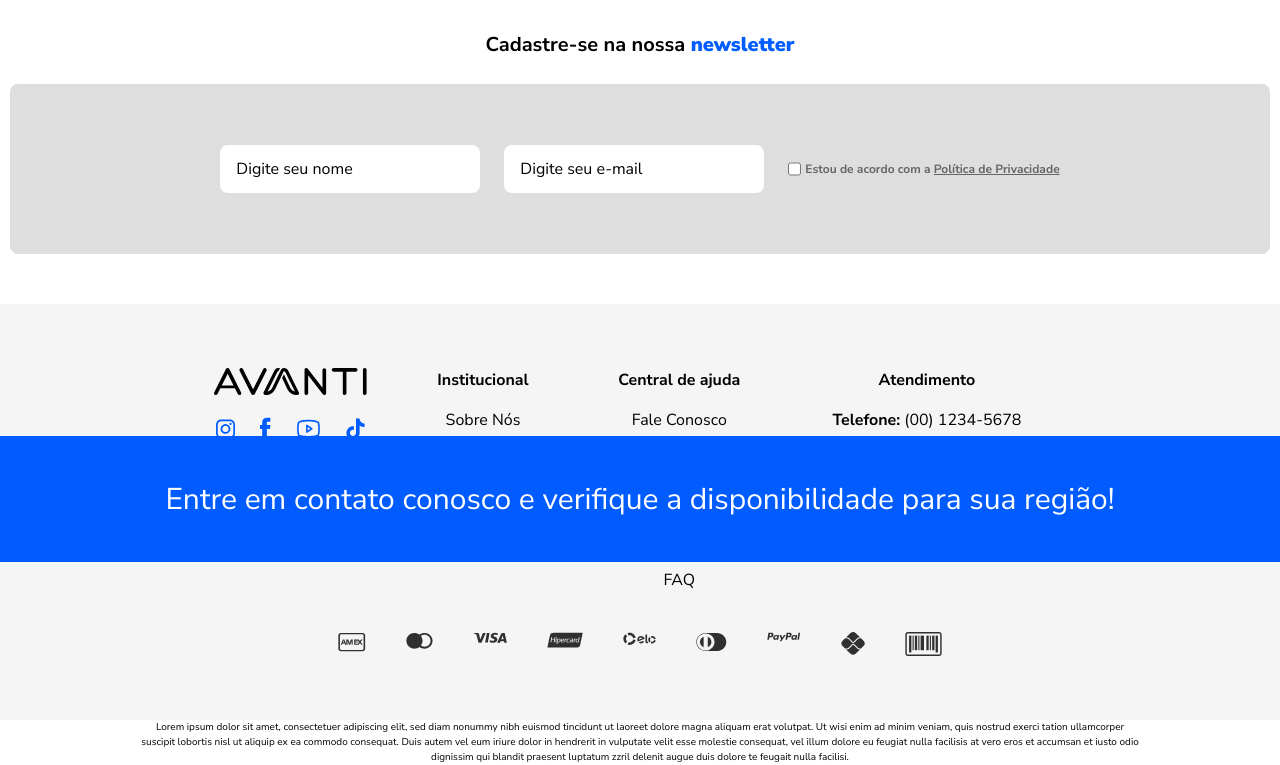
Repository: chidekina/avanti-01
Page: index.html
An editor plug-in stored every save of this project. The page is shown before and after the next save, followed by the edit.
The browser window is 1280 px wide. The pictures show the part of the page from y = 3238 to 4012 px (the page is 4003 px tall before and 4012 px after).
A picture or video elsewhere on the page could not be fetched, so the positions and the page height are approximate.

Above is the page before, as saved 2025-04-09 17:11:55.

### index.html
<!DOCTYPE html>
<html lang="en">
  <head>
    <meta charset="UTF-8" />
    <meta name="viewport" content="width=device-width, initial-scale=1.0" />
    <script src="https://cdn.jsdelivr.net/npm/@tailwindcss/browser@4"></script>
    <link rel="preconnect" href="https://fonts.googleapis.com" />
    <link rel="preconnect" href="https://fonts.gstatic.com" crossorigin />
    <link href="https://fonts.googleapis.com/css2?family=Nunito+Sans:ital,opsz,wght@0,6..12,200..1000;1,6..12,200..1000&family=Nunito:ital,wght@0,200..1000;1,200..1000&display=swap" rel="stylesheet" />
    <link rel="stylesheet" href="style.css" />
    <link rel="stylesheet" href="https://cdn.jsdelivr.net/npm/swiper/swiper-bundle.min.css">

    <title>Avanti</title>
  </head>
  <body>
    <header class="mb-2">
      <h1 class="flex justify-center items-center bg-(--primary-color) text-white text-sm h-[30px] font-bold">
        Ganhe
        <b class="flex justify-center mx-1 bg-(--secondary-color) heigth-[16px] w-[64px] rounded-md">R$10,00</b>
        de desconto no seu primeiro pedido. Utilize o cupom
        <i class="font-normal ml-1">DESCONTO10</i>
      </h1>
      <div class="mt-3 mb-5 px-24 flex justify-between w-full">
        <div class="flex gap-24">
          <img src="./assets/logo.svg" alt="Avanti Logo" class="w-[152px]" />
          <label>
            <div class="flex justify-between py-2 border-2 border-solid border-(--bg-color) px-8 rounded-xl cursor-text w-[594px]">
              <input type="text" placeholder="Digite aqui o que você procura" class="placeholder-black outline-none focus:placeholder-transparent w-1/2" />
              <img src="./assets/search.svg" />
            </div>
          </label>
        </div>
        <div class="flex gap-4">
          <div class="flex gap-2 items-center">
            <img src="./assets/user.svg" alt="icone do usuario" class="w-[24px]" />
            <h6 class="leading-none font-semibold">
              Olá,<br />
              Nome cliente
            </h6>
          </div>
          <div class="flex">
            <img src="./assets/cart.svg" alt="imagem de um carrinho de compras" class="w-[32px]" />
            <div class="relative bg-(--primary-color) w-[20px] h-[20px] text-center text-white text-[12px] rounded-full right-2">2</div>
          </div>
        </div>
      </div>
      <div class="flex px-24 w-full">
        <ul class="flex gap-9">
          <a href="#">
            <div class="flex gap-2">
              <img src="./assets/menu-hamburger.svg" alt="menu hamburguer" />
              <h5 class="font-bold">Todas as Categrias</h5>
            </div>
          </a>
          <a href="#"> Departamento </a>
          <a href="#"> Departamento </a>
          <a href="#"> Departamento </a>
          <a href="#"> Departamento </a>
          <a href="#"> Departamento </a>
          <a href="#"> Departamento </a>
          <a href="#"> Departamento </a>
        </ul>
      </div>
    </header>
    <main>
      <section class="flex justify-center items-center w-full height-[510px] bg-(--bg-color) font-(--font-secondary)">
        <img src="./assets/chair.svg" alt="Foto de uma cadeira com roupas dobradas em cima" />
        <div class="flex flex-col gap-1 text-center">
          <h1 class="text-[100px]"><b>SUPER</b>SALE</h1>
          <h4 class="text-[25px] text-(--primary-color) font-bold tracking-widest">ITENS SELECIONADOS COM ATÉ</h4>
          <h4 class="text-[60px] text-(--primary-color) font-bold">50%OFF</h4>
        </div>
      </section>
<carousel-section></carousel-section>
      </section>
  <description-section></description-section>
  <section class="flex w-full bg-(--bg-light) px-[200px] py-[42px] font-(--font-secondary) my-[40px]">
    <div class="text-center text-(--text-color) w-1/2 mr-5">
      <h1 class="text-[30px] font-bold mb-10">
        Lorem ipsum
      </h1>
      <ul class="flex flex-col text-start gap-15">
        <li class="flex gap-6">
          <img src="./assets/pin.svg">
          <p>
            Aenean massa. Cum sociis natoque penatibus et magnis dis parturient montes, nascetur ridiculus mus. Donec quam felis, ultricies nec, pellentesque eu, pretium quis, sem.
          </p>
        </li>
        <li class="flex gap-6">
          <img src="./assets/pin.svg">
          <p>
            Aenean massa. Cum sociis natoque penatibus et magnis dis parturient montes, nascetur ridiculus mus. Donec quam felis, ultricies nec, pellentesque eu, pretium quis, sem.
          </p>
        </li>
        <li class="flex gap-6">
          <img src="./assets/pin.svg">
          <p>
            Aenean massa. Cum sociis natoque penatibus et magnis dis parturient montes, nascetur ridiculus mus. Donec quam felis, ultricies nec, pellentesque eu, pretium quis, sem.
          </p>
        </li>
      </ul>
    </div>
    <img src="./assets/banner.svg" alt="Foto da caneca da Avanti sobre uma tabua de vegetais" class="w-1/2">
  </section>
  <section>
  <description-section></description-section>
  <carousel-section></carousel-section>

  </section>
  <section>
    <img src="./assets/banner2.svg" alt="Foto da entrada da loja da Avanti" />
    <div class="absolute h-[126px] bg-(--primary-color) w-full bottom-[-3080px] text-white text-[30px] font-(--font-secondary)">
      <h1 class="flex justify-center h-full items-center">Entre em contato conosco e verifique a disponibilidade para sua região!</h1>
    </div>
  </section>
  <section class="flex flex-col my-[50px] gap-6 items-center">
    <h2 class="font-bold text-center text-[20px]">
      Cadastre-se na nossa <b class="text-(--primary-color)">newsletter</b>
    </h2>
    <div class="flex w-[1260px] h-[170px] items-center justify-center bg-(--bg-light) rounded-lg gap-6">
      <input type="text" placeholder="Digite seu nome" class="outline-none rounded-lg bg-white placeholder:text-black w-[260px] h-[48px] focus:placeholder-transparent pl-4"/>
      <input type="text" placeholder="Digite seu e-mail" class="outline-none rounded-lg bg-white placeholder:text-black w-[260px] h-[48px] focus:placeholder-transparent pl-4"/>
      <div class="flex gap-1">
      <input type="checkbox" />
      <h5 class="text-[#656565] text-[12px] font-bold">Estou de acordo com a <a href="#" class="underline">Política de Privacidade</a></h5>
    </div>
    </div>
  </section>
  <section class="text-center px-[200px] py-[64px] bg-(--bg-lighter)">
    <div class="flex justify-around mb-10">
    <div class="flex flex-col gap-5">
      <img src="./assets/logo.svg" alt="Logo Avanti" />
      <ul class="flex gap-5 justify-around items-center">
        <li>
          <a href="#">
            <img src="./assets/social-links/instagram.svg" alt="Logo do instagram" />
          </a>
        </li>
        <li>
          <a href="#">
            <img src="./assets/social-links/facebook.svg" alt="Logo do instagram" />
          </a>
        </li>
        <li>
          <a href="#">
            <img src="./assets/social-links/youtube.svg" alt="Logo do instagram" />
          </a>
        </li>
        <li>
          <a href="#">
            <img src="./assets/social-links/tiktok.svg" alt="Logo do instagram" />
          </a>
        </li>
      </ul>
    </div>
    <ul class="flex flex-col gap-4">
      <li class="font-bold">
        <a href="">
          Institucional
        </a>
      </li>
      <li>
        <a href="">
          Sobre Nós
        </a>
      </li>
      <li>
        <a href="">
          Nossas lojas
        </a>
      </li>
      <li>
        <a href="">
          Privacidade e Segurança
        </a>
      </li>
      <li>
        <a href="">
          Termos e condições
        </a>
      </li>
    </ul>
    <ul class="flex flex-col gap-4">
      <li class="font-bold">
        <a href="">
          Central de ajuda
        </a>
      </li>
      <li>
        <a href="">
          Fale Conosco
        </a>
      </li>
      <li>
        <a href="">
          Frete e Entrega
        </a>
      </li>
      <li>
        <a href="">
          Trocas e Devoluções
        </a>
      </li>
      <li>
        <a href="">
          Formas de Pagamento
        </a>
      </li>
      <li>
        <a href="">
          FAQ
        </a>
      </li>
    </ul>
    <ul class="flex flex-col gap-4">
      <li class="font-bold">
          Atendimento
      </li>
      <li>
         <b>Telefone:</b> (00) 1234-5678
      </li>
      <li>
        <b>E-mail:</b> exemplo@exemplo.com.br
      </li>
      <li>
        <b>Horário de atendimento:</b><br>
          Segunda a Sábado: 07h00 às 23h00<br>
          Domingos e Feriados:  07h00 às 21h00
      </li>
    </ul>
  </div>
<div>
<ul class="flex gap-10 justify-center">
  <li>
    <img src="./assets/payments/amex.svg" alt="Logo Amex" />
  </li>
  <li>
    <img src="./assets/payments/mastercard.svg" alt="Logo Mastercard" />
  </li>
  <li>
    <img src="./assets/payments/visa.svg" alt="Logo Visa" />
  </li>
  <li>
    <img src="./assets/payments/hipercard.svg" alt="Logo Hipercard" />
  </li>
  <li>
    <img src="./assets/payments/elo.svg" alt="Logo Elo" />
  </li>
  <li>
    <img src="./assets/payments/dinners.svg" alt="Logo Dinners" />
  </li>
  <li>
    <img src="./assets/payments/paypal.svg" alt="Logo Paypal" />
  </li>
  <li>
    <img src="./assets/payments/pix.svg" alt="Logo Pix" />
  </li>
  <li>
    <img src="./assets/payments/boleto.svg" alt="Logo Boleto" />
  </li>
</ul>
</div>
  </section>
    </main>
    <footer>
      <div class="flex flex-col text-center justify-center items-center">
        <p class="w-[1000px] text-[10px]">
          Lorem ipsum dolor sit amet, consectetuer adipiscing elit, sed diam nonummy nibh euismod tincidunt ut laoreet dolore magna aliquam erat volutpat. Ut wisi enim ad minim veniam, quis nostrud exerci tation ullamcorper suscipit lobortis nisl ut aliquip ex ea commodo consequat. Duis autem vel eum iriure dolor in hendrerit in vulputate velit esse molestie consequat, vel illum dolore eu feugiat nulla facilisis at vero eros et accumsan et iusto odio dignissim qui blandit praesent luptatum zzril delenit augue duis dolore te feugait nulla facilisi.
        </p>
      </div>
      </footer>
    <script src="https://cdn.jsdelivr.net/npm/swiper/swiper-bundle.min.js"></script>
    <script src="app.js"></script>
  </body>
</html>

### style.css
:root {
    font-family: "Nunito Sans", sans-serif;
    --primary-color: #005CFF;
    --secondary-color: #6220C1;
    --text-color: #4F4F4F;
    --bg-color: #E7E7EA;
    --bg-dark: #C2C2C2;
    --bg-light: #DEDEDE;
    --bg-lighter: #F5F5F5;
    --font-secondary: "Nunito", sans-serif;
}

### app.js
class Carousel extends HTMLElement {
    constructor() {
      super();
    }

    connectedCallback() {
      this.render();
      this.initSlides();
      this.initSwiper();
    }

    render() {
      this.innerHTML = `
        <section class="py-[80px] px-[150px]">
          <div>
            <div class="flex justify-between mb-4">
              <h3 class="font-bold text-[20px]">Lançamentos</h3>
              <h4>Ver mais</h4>
            </div>
            <div class="swiper">
              <div class="swiper-container">
                <ul class="swiper-wrapper" id="swiper-wrapper"></ul>
                <div class="swiper-button-next"></div>
                <div class="swiper-button-prev"></div>
                <div class="swiper-pagination"></div>
              </div>
            </div>
          </div>
        </section>
      `;
    }

    initSlides() {
      const swiperWrapper = this.querySelector("#swiper-wrapper");

      for (let i = 1; i <= 15; i++) {
        const slide = `
          <li class="swiper-slide border border-[#DDDDDD] py-1 px-1 rounded-md" style="min-width: 200px;">
            <div class="absolute">
              <h6 class="flex justify-center items-center bg-[#00264E] text-white text-[10px] w-[42px] h-[20px] rounded-sm">
                NOVO
              </h6>
            </div>
            <img src="./assets/model.svg" alt="Modelo ${i}" />
            <div class="mt-2">
              <h3 class="text-[#303030] text-[12px] mb-1 leading-none">
                Produto ${i} - Nome do Produto
              </h3>
            </div>
            <div class="flex gap-1">
              <div>
                <h4 class="text-[#303030] text-[10px] line-through leading-none">R$ 100,00</h4>
                <h4 class="text-[14px] font-bold tracking-tight">R$ 79,90</h4>
              </div>
              <div class="flex justify-center items-center bg-[#5EC0BE] text-white underline text-[8px] w-[52px] h-[16px] rounded-sm tracking-tight">
                10% OFF
              </div>
            </div>
            <h6 class="text-[10px]">Ou em até <b>10x de R$ 7,90</b></h6>
            <button class="w-full bg-[#00264E] text-white rounded-md text-[12px] h-[30px]">
              Comprar
            </button>
          </li>
        `;
        swiperWrapper.insertAdjacentHTML("beforeend", slide);
      }
    }

    initSwiper() {
      new Swiper(this.querySelector(".swiper-container"), {
        slidesPerView: 5,
        spaceBetween: 10,
        navigation: {
          nextEl: this.querySelector(".swiper-button-next"),
          prevEl: this.querySelector(".swiper-button-prev"),
        },
        pagination: {
          el: this.querySelector(".swiper-pagination"),
          clickable: true,
        },
      });
    }
  }

  customElements.define("carousel-section", Carousel);

class Description extends HTMLElement {
  connectedCallback() {
    this.innerHTML = `
     <section class="flex px-[200px] gap-5 items-center">
        <div class="flex bg-(--bg-dark) justify-center items-center">
            <img src="./assets/mug.svg" alt="Foto de uma caneca da Avanti" />
        </div>
        <div class="font-(--font-secondary) w-1/2">
            <h1 class="font-bold text-[30px]">
          Lorem Ipsum
            </h1>
            <p class="text-[12px]">
                Duis consectetur metus nec lacus auctor dignissim. Mauris vitae finibus dui. Mauris laoreet lacus ut eleifend viverra. Cras efficitur volutpat dui, in lobortis metus lacinia sit amet. Sed lacinia pharetra magna, vel pulvinar ligula hendrerit a. Maecenas fringilla porttitor tortor eget lacinia. Donec sollicitudin euismod orci, auctor fringilla magna consequat interdum. Fusce sagittis elit a libero commodo egestas efficitur id augue.<br></br>
                Duis consectetur metus nec lacus auctor dignissim. Mauris vitae finibus dui. Mauris laoreet lacus ut eleifend viverra. Cras efficitur volutpat dui, in lobortis metus lacinia sit amet. Sed lacinia pharetra magna, vel pulvinar ligula hendrerit a. Maecenas fringilla porttitor tortor eget lacinia. Donec sollicitudin euismod orci, auctor fringilla magna consequat interdum. Fusce sagittis elit a libero commodo egestas efficitur id augue.
            </p>
        </div>
        </section>
        `;
  }
};

customElements.define("description-section", Description);

After the next save:
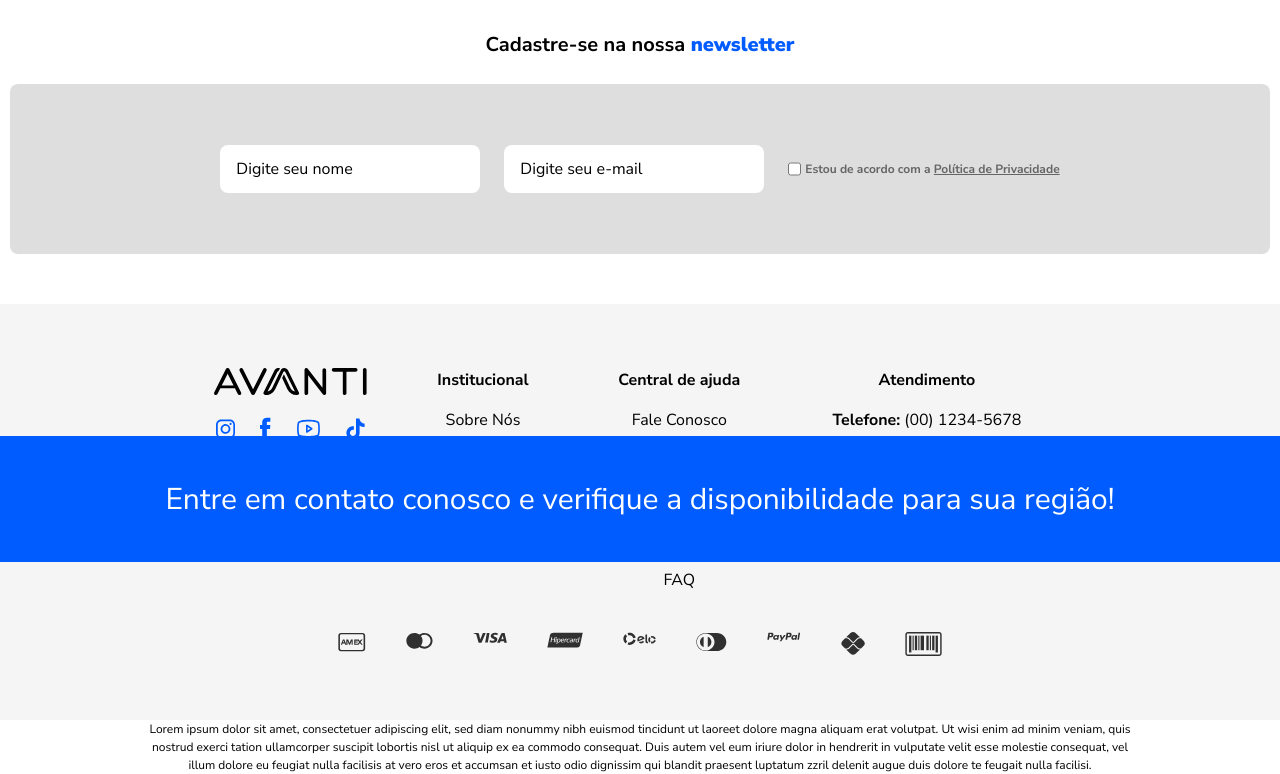
Saved 5 s later.
--- a/index.html
+++ b/index.html
@@ -264,7 +264,7 @@
     </main>
     <footer>
       <div class="flex flex-col text-center justify-center items-center">
-        <p class="w-[1000px] text-[10px]">
+        <p class="w-[1000px] text-[12px]">
           Lorem ipsum dolor sit amet, consectetuer adipiscing elit, sed diam nonummy nibh euismod tincidunt ut laoreet dolore magna aliquam erat volutpat. Ut wisi enim ad minim veniam, quis nostrud exerci tation ullamcorper suscipit lobortis nisl ut aliquip ex ea commodo consequat. Duis autem vel eum iriure dolor in hendrerit in vulputate velit esse molestie consequat, vel illum dolore eu feugiat nulla facilisis at vero eros et accumsan et iusto odio dignissim qui blandit praesent luptatum zzril delenit augue duis dolore te feugait nulla facilisi.
         </p>
       </div>
